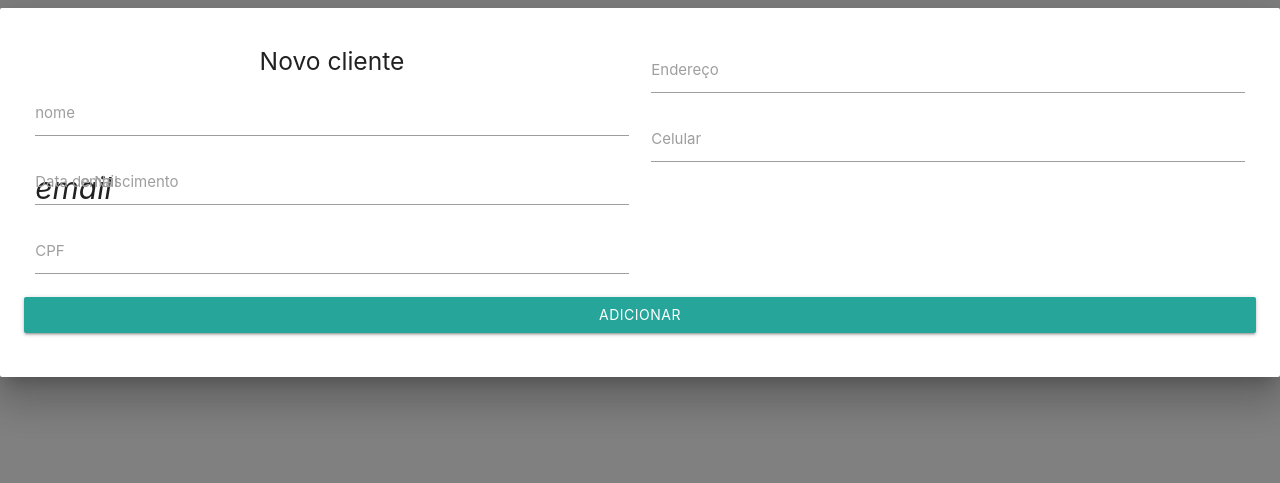
Repository: luizasilveira/TechWeb
Page: Projeto1/techWebP1/WebContent/add.html
An editor plug-in stored every save of this project. The page is shown before and after the next save, followed by the edit.
The browser window is 1280 px wide. The pictures show the whole page.

Above is the page before, as saved 2019-09-08 19:53:07.

After the next save:
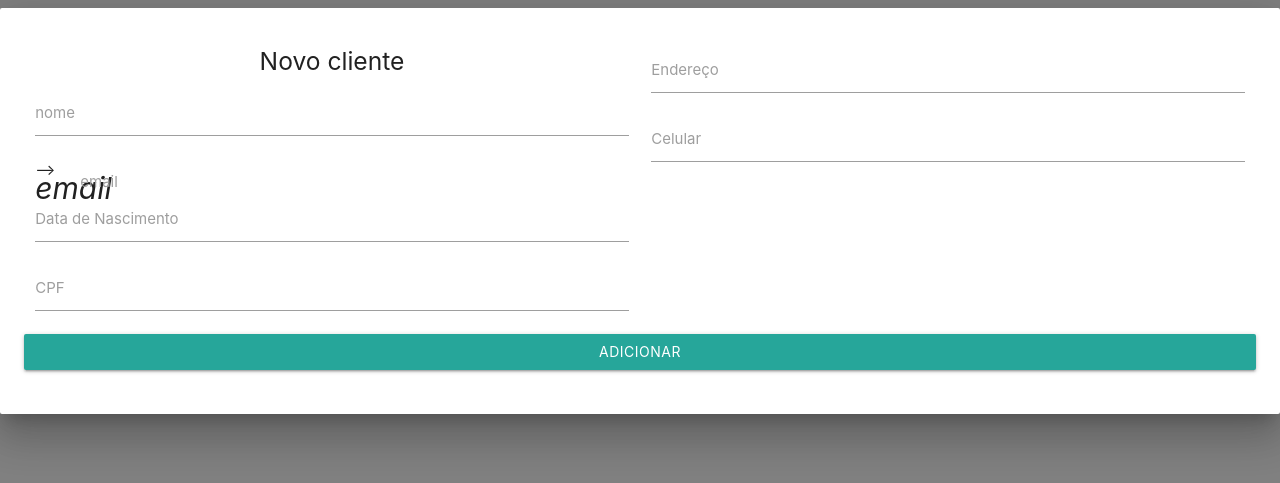
Saved 20 s later.
--- a/Projeto1/techWebP1/WebContent/add.html
+++ b/Projeto1/techWebP1/WebContent/add.html
@@ -37,7 +37,7 @@
 
 					<div class="input-field">
                     <i class="material-icons prefix">email</i
-                    <input type="email" name="email" class="validate">
+                    <!--<input type="email" name="email" class="validate">-->
                     <label> email</label>
                   </div>
 

After the save that followed:
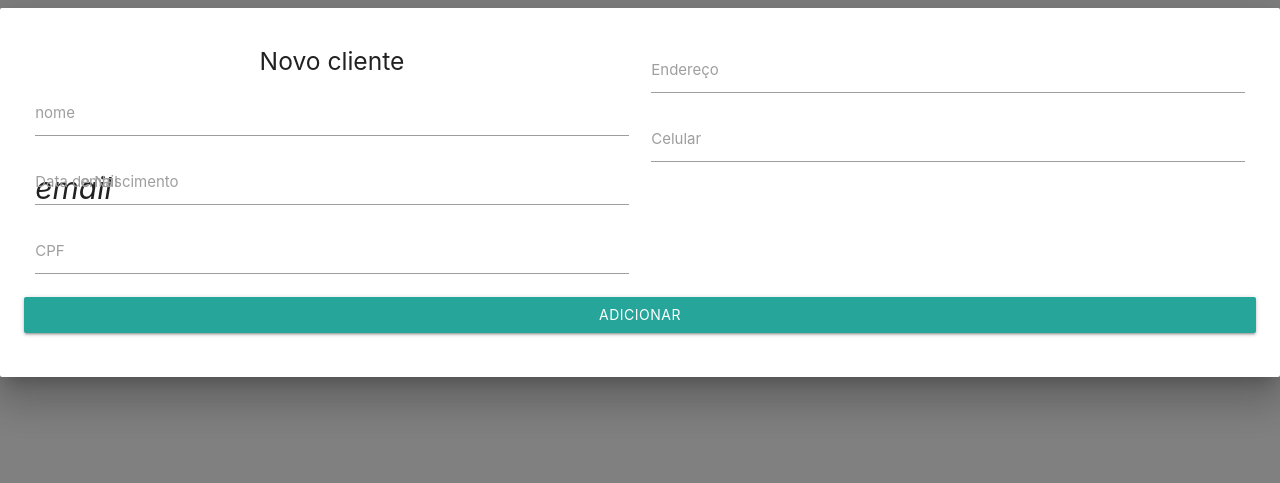
Saved 24 s later.
--- a/Projeto1/techWebP1/WebContent/add.html
+++ b/Projeto1/techWebP1/WebContent/add.html
@@ -36,7 +36,7 @@
 
 
 					<div class="input-field">
-                    <i class="material-icons prefix">email</i
+                    <i class="material-icons prefix">email</i>
                     <!--<input type="email" name="email" class="validate">-->
                     <label> email</label>
                   </div>
